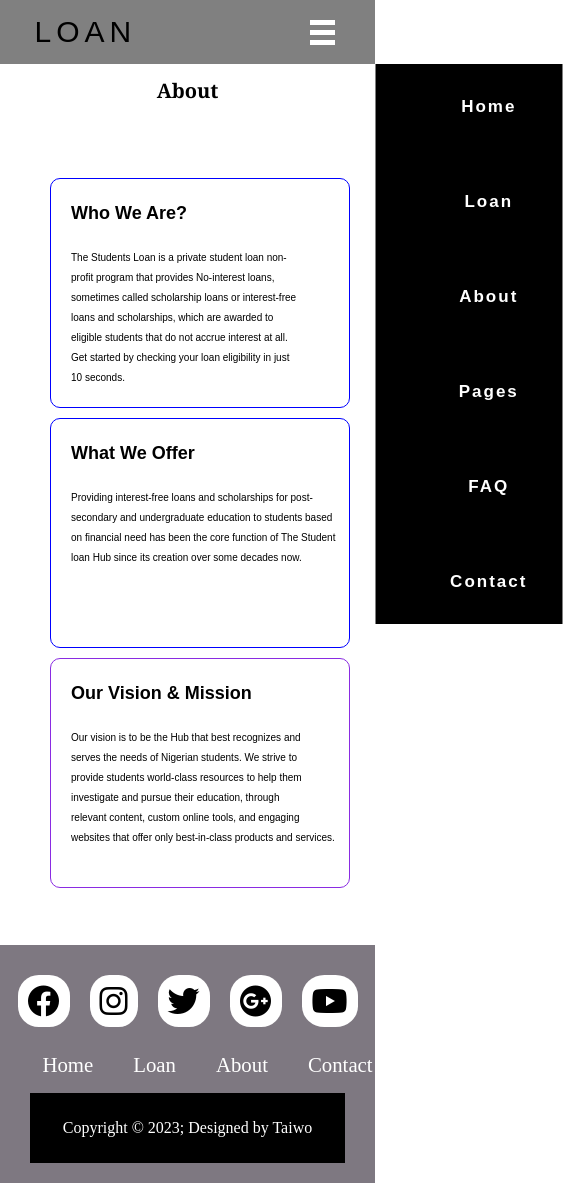
Repository: Tobby004/basic-loanweb
Page: about.html
The author's editor kept a copy of each file at every save. The page is drawn from the files as they stood at one save, then again after the next save.
The browser window is 375 px wide. The page is 563 px wide, so the pictures cover 563 px, including what lies to the right of the window. The pictures show the whole page.

Above is the page before, as saved 2023-07-06 14:12:55.

After the next save:
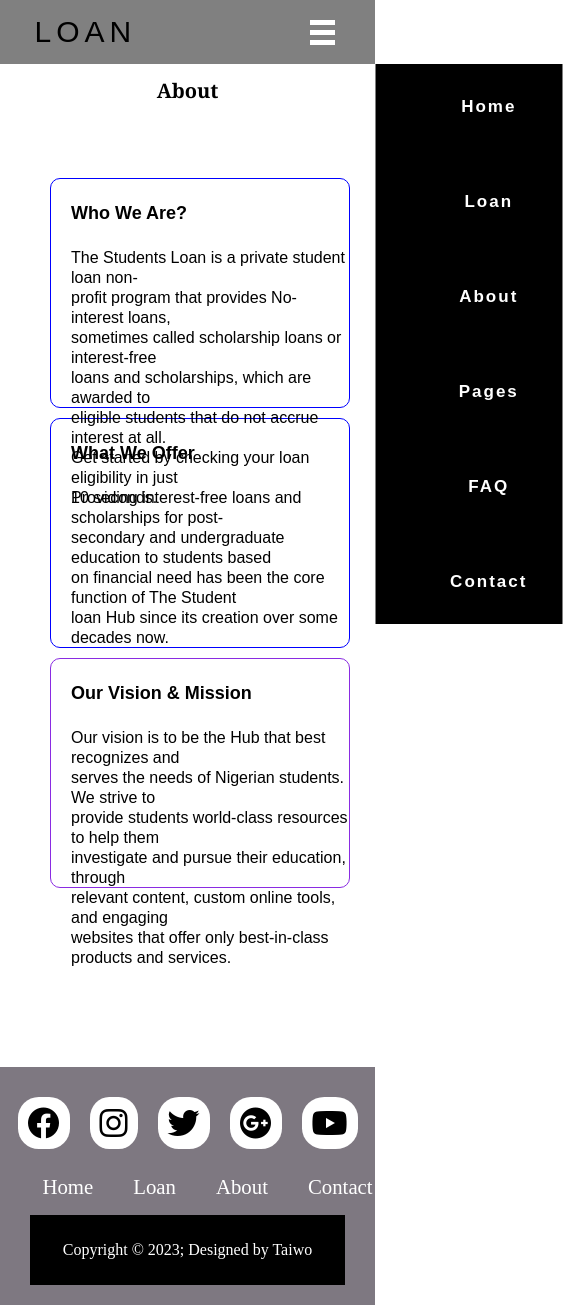
Saved 2 min 30 s later.
--- a/about.css
+++ b/about.css
@@ -211,7 +211,7 @@ h1 {
       font-size: 18px;
       }
       .container p {
-      font-size: 10px;
+      font-size: 16px;
       font-family: sans-serif;
       line-height: 20px;
    }
